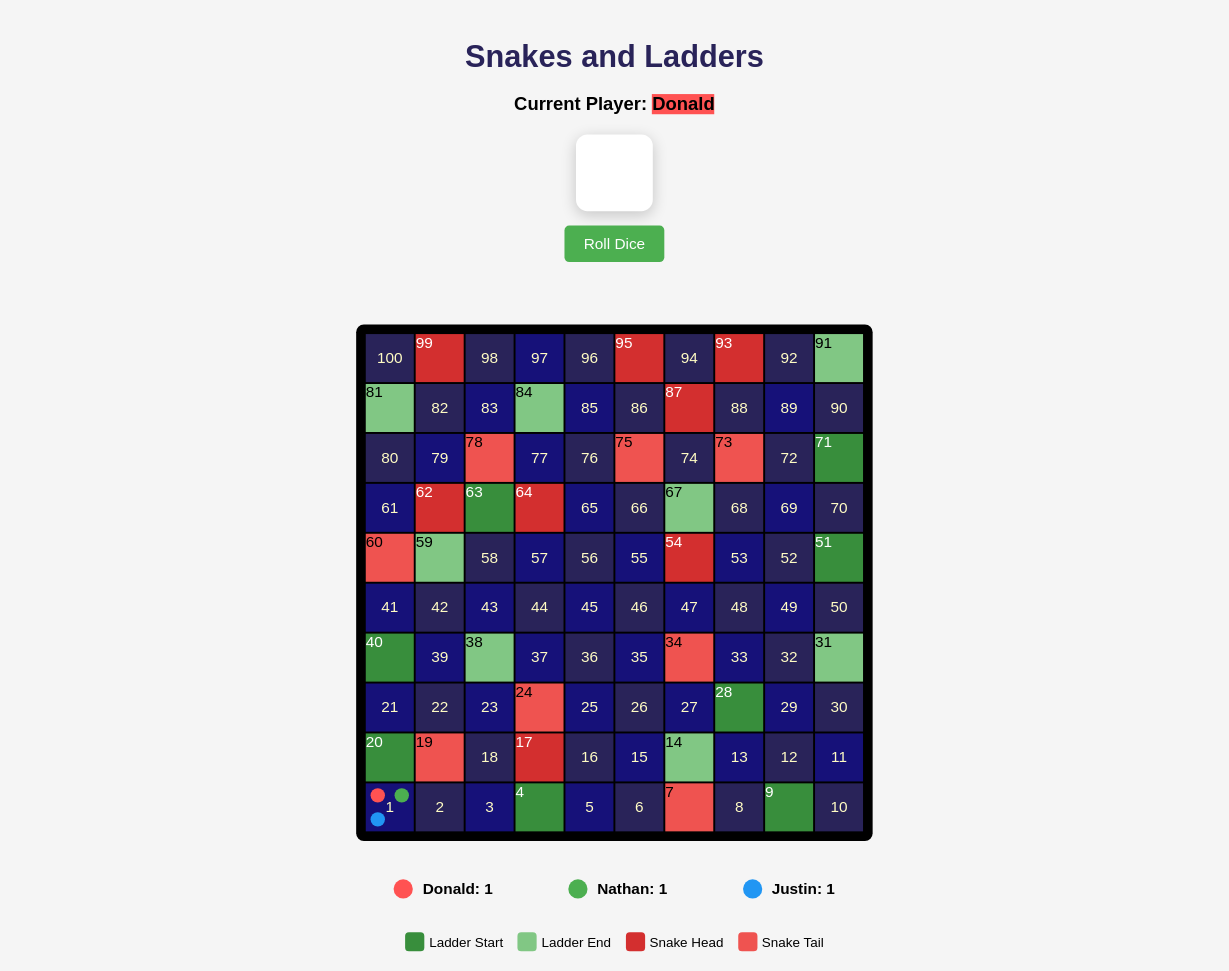
Repository: jvstingit/SnakesAndLadders
Page: index.html
An editor plug-in stored every save of this project. The page is shown before and after the next save, followed by the edit.
The browser window is 1280 px wide. The pictures show the whole page, at 96% of full size.

Above is the page before, as saved 2025-05-02 11:48:03.

After the next save:
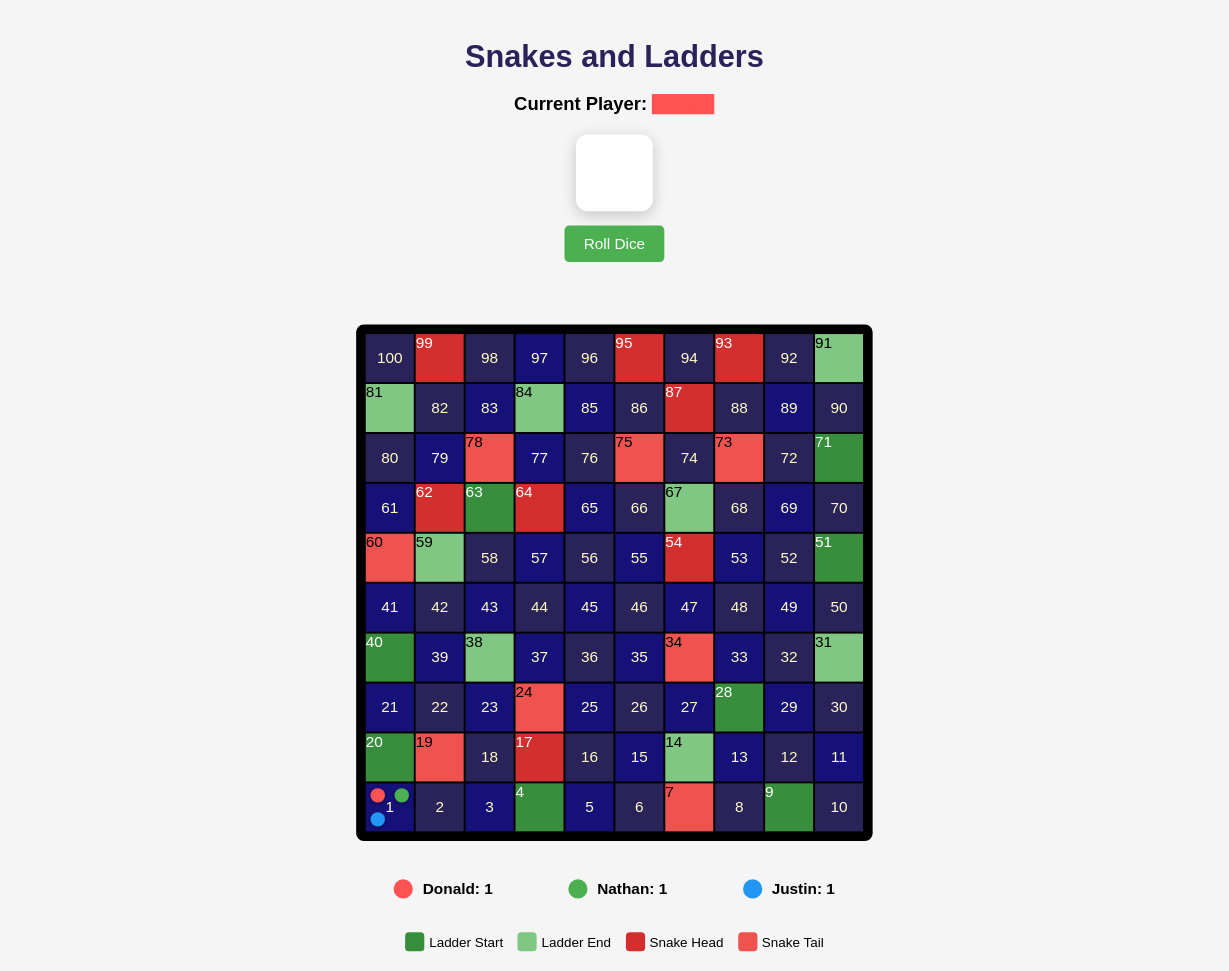
Saved 24 min 52 s later.
--- a/styles.css
+++ b/styles.css
@@ -32,6 +32,18 @@
     font-size: 1.2rem;
     font-weight: bold;
     margin-bottom: 10px;
+  }
+
+  #player-name.donald {
+    color: #ff5252;
+  }
+
+  #player-name.nathan {
+    color: #4caf50;
+  }
+
+  #player-name.justin {
+    color: #2196f3;
   }
 
   .board {
@@ -174,6 +186,8 @@
     border-radius: 50%;
     position: absolute;
     z-index: 10;
+    transition: all 0.3s ease-in-out;
+    box-shadow: 0 2px 5px rgba(0, 0, 0, 0.3);
   }
 
   .player-piece.donald {
@@ -199,14 +213,28 @@
     position: absolute;
     z-index: 5;
     pointer-events: none;
+    transition: all 0.3s ease;
   }
 
   .snake {
     border-left: 5px solid #d32f2f; /* Red for snakes */
+    border-radius: 5px;
   }
 
   .ladder {
     border-left: 5px solid #4CAF50; /* Green for ladders */
+    border-radius: 5px;
+  }
+
+  /* Animation for teleporting */
+  @keyframes teleport {
+    0% { transform: scale(1); opacity: 1; }
+    50% { transform: scale(1.5); opacity: 0.5; }
+    100% { transform: scale(1); opacity: 1; }
+  }
+
+  .teleporting {
+    animation: teleport 0.6s ease;
   }
 
   /* Legend for special tiles */
